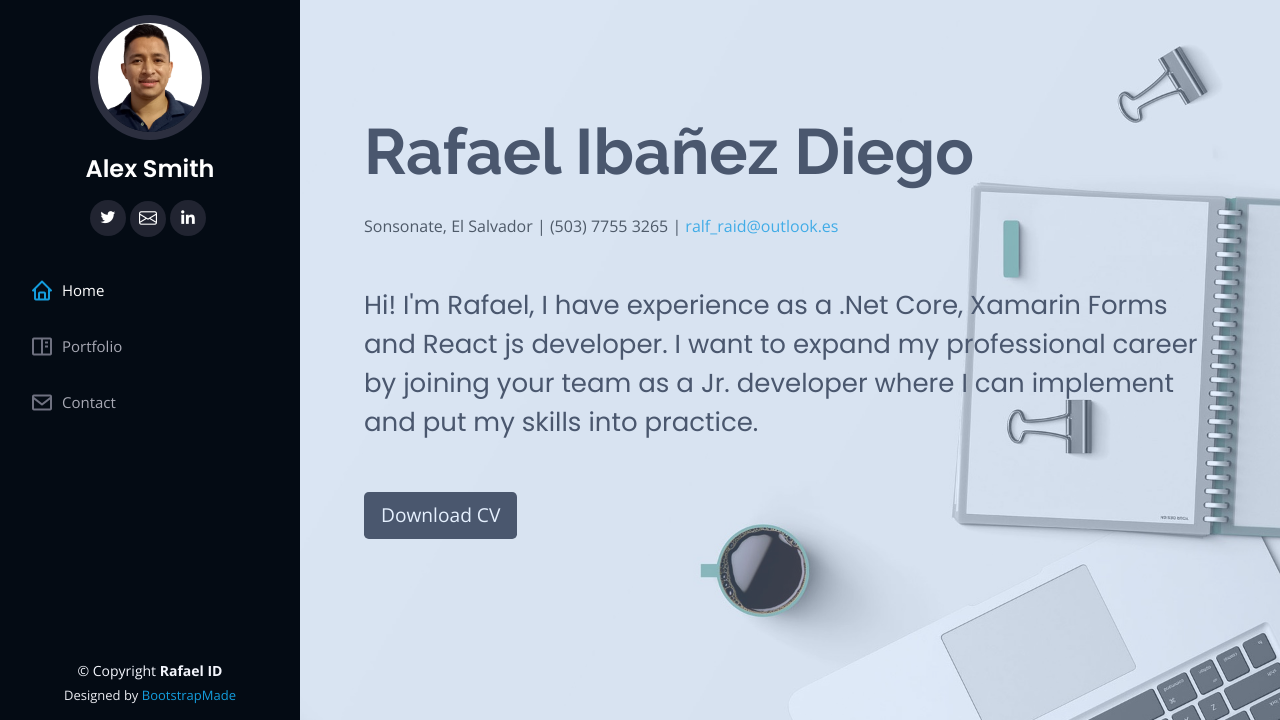
Repository: ralfId/myportfolio
Page: /index
The author's editor kept a copy of each file at every save. The page is drawn from the files as they stood at one save, then again after the next save.
The browser window is 1280 px wide. The pictures show the whole page.
The project was rebuilt for these pictures with package versions that can differ from the ones it lists, and the page was loaded fresh each time. Also part of the build but not shown: src/data/projects.js, src/components/Projects/ProjectItem.js, src/components/Projects/ProjectIndex.js, src/helpers/ProjectById.js, src/components/Projects/ProjectDetail.js.

Above is the page before, as saved 2021-09-20 18:03:53.

After the next save:
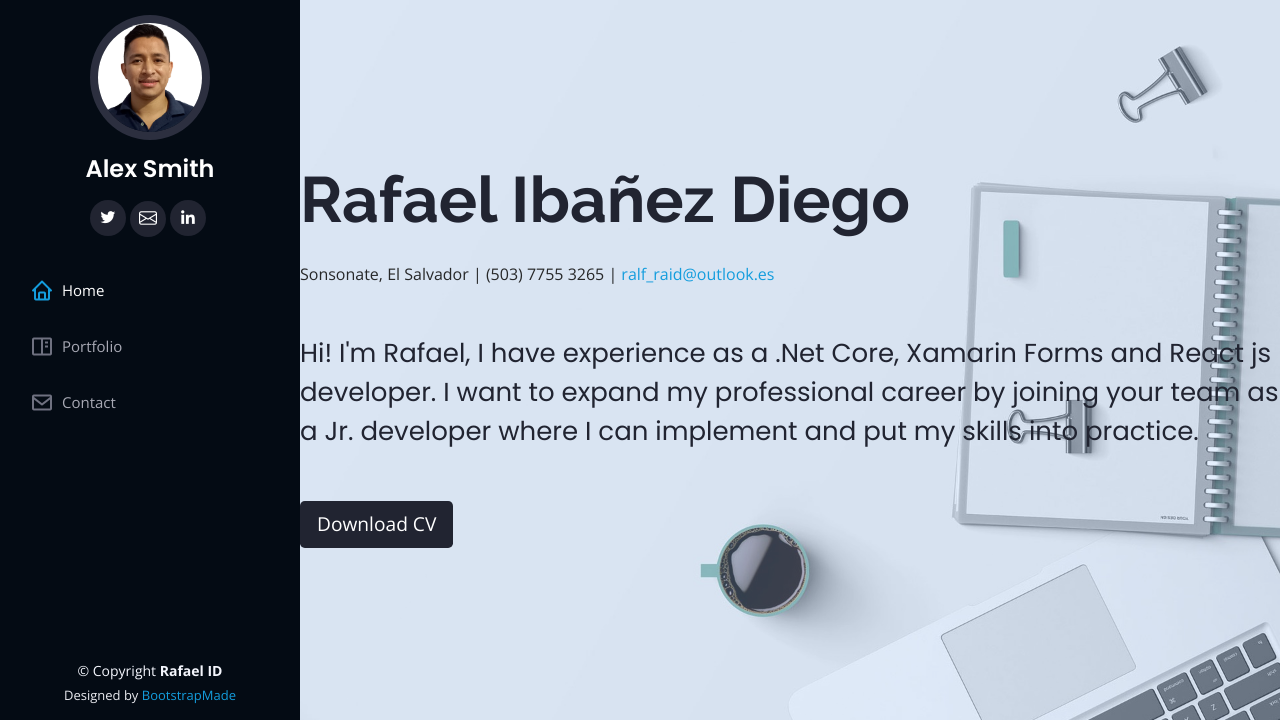
Saved 93 s later.
--- a/src/components/Home.js
+++ b/src/components/Home.js
@@ -3,13 +3,27 @@ import React from 'react'
 export const Home = () => {
     return (
         <>
-            {/* <section id="hero" className="d-flex flex-column justify-content-center align-items-center">
+            <section id="hero" className="d-flex flex-column justify-content-center align-items-center">
                 <div className="hero-container" data-aos="fade-in">
-                    <h1>Alex Smith</h1>
-                    <p>I'm <span className="typed" data-typed-items="Software Developer, Xamarin Forms Developer, .Net Core Developer"></span></p>
+                   <h1>Rafael Ibañez Diego</h1>
+                    <br />
+                    <span>
+                        Sonsonate, El Salvador | (503) 7755 3265 | <a href="ralf_raid@outlook.es">ralf_raid@outlook.es</a>
+                    </span>
+                    <br /><br /><br />
+                    <p>
+                        Hi! I'm Rafael, I have experience as a .Net Core, Xamarin Forms and React js developer.
+                        I want to expand my professional career by joining your team as a Jr. developer where
+                        I can implement and put my skills into practice.
+                    </p>
+                    <button className="btn btn-lg">
+                        <a href="https://drive.google.com/file/d/1vJaF_GdrEpqvxunoCtHR6NM8FIdySfaQ/view?usp=sharing"  target="_blank" rel="noreferrer">
+                            Download CV
+                        </a>
+                    </button>
                 </div>
-            </section> */}
-            <section id="hero">
+            </section>
+            {/* <section id="hero">
                 <div className="position-relative overflow-hidden p-3 p-md-5 m-md-3 ">
                     <h1>Rafael Ibañez Diego</h1>
                     <br />
@@ -28,7 +42,7 @@ export const Home = () => {
                         </a>
                     </button>
                 </div>
-            </section>
+            </section> */}
         </>
     )
 }
